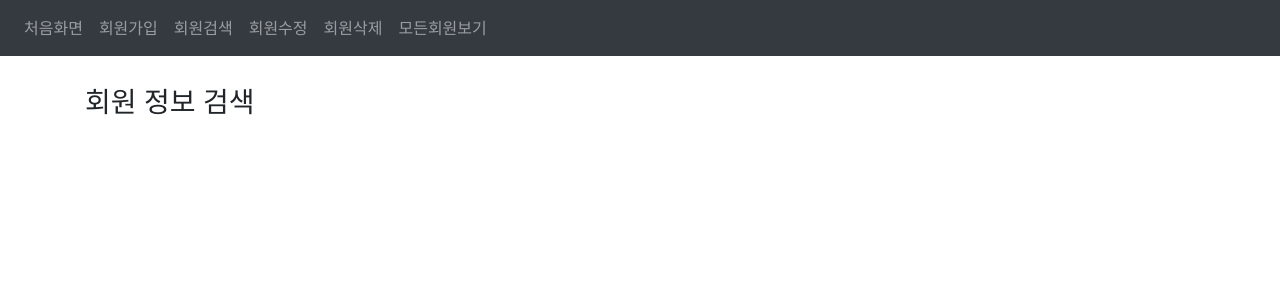
Repository: simjiho/second-crud-project
Page: http://localhost/test/view/memberSearch.jsp
An editor plug-in stored every save of this project. The page is shown before and after the next save, followed by the edit.
The browser window is 1280 px wide. The pictures show the whole page.
Some web libraries are served in a nearby version. The page is served by Tomcat 9.

Above is the page before, as saved 2024-03-24 05:39:42.

After the next save:
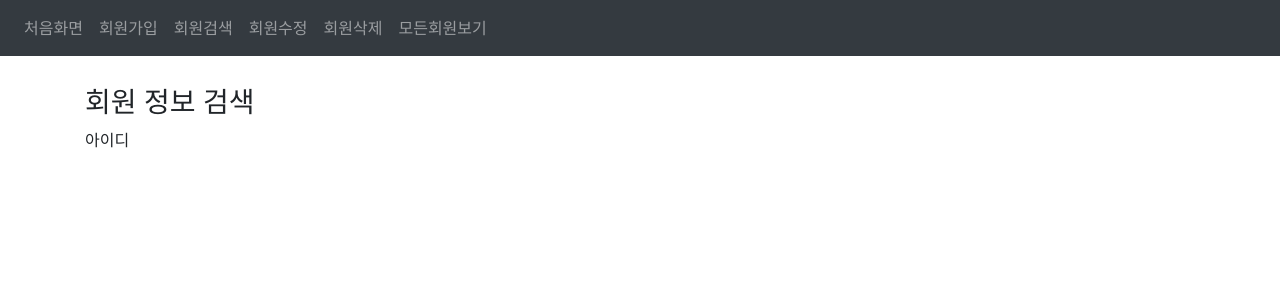
Saved 113 s later.
--- a/test/src/main/webapp/view/memberSearch.jsp
+++ b/test/src/main/webapp/view/memberSearch.jsp
@@ -14,7 +14,7 @@
 <h3>회원 정보 검색</h3>
 
 <form class="form-inline" action="/memberSearch.do" method="post">
-
+	<label for="id" class="mb-2 mr-sm-2">아이디</label>
 </form>
 </div>
 </body>
